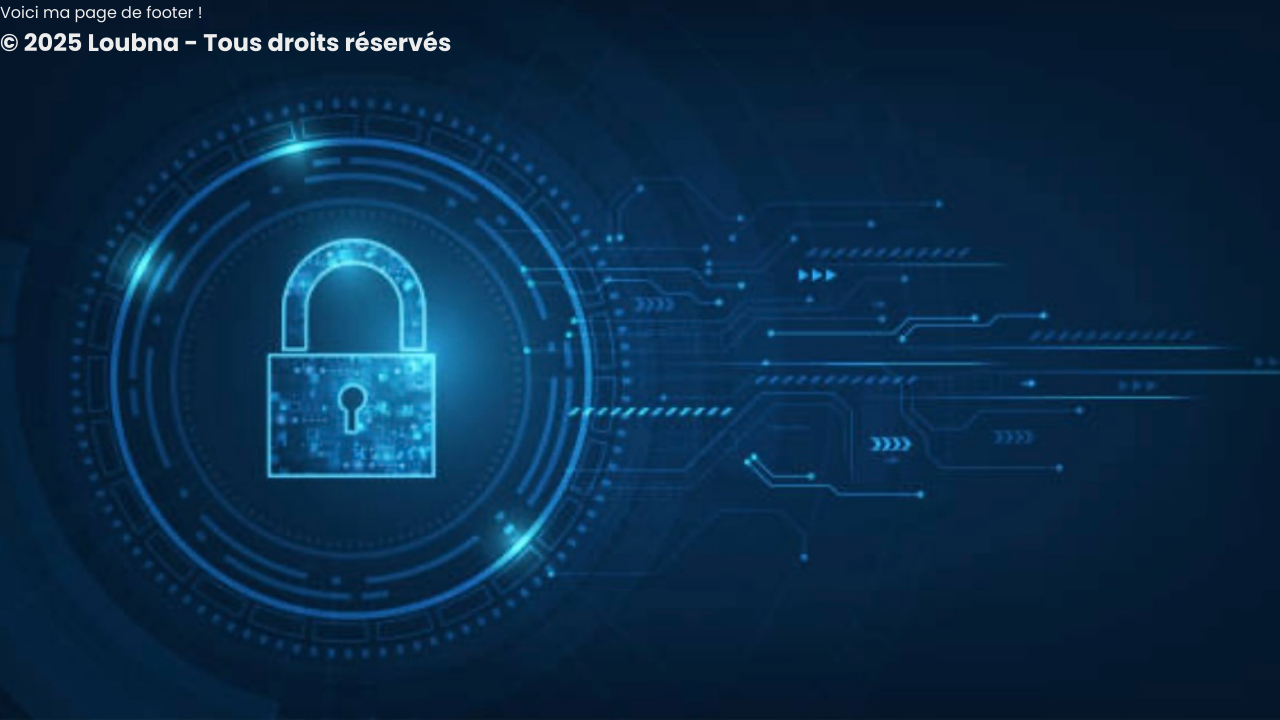
Repository: Loubna77290/Portfolio-de-Loubna
Page: footer.html
An editor plug-in stored every save of this project. The page is shown before and after the next save, followed by the edit.
The browser window is 1280 px wide. The pictures show the whole page.

Above is the page before, as saved 2025-03-10 00:02:02.

After the next save:
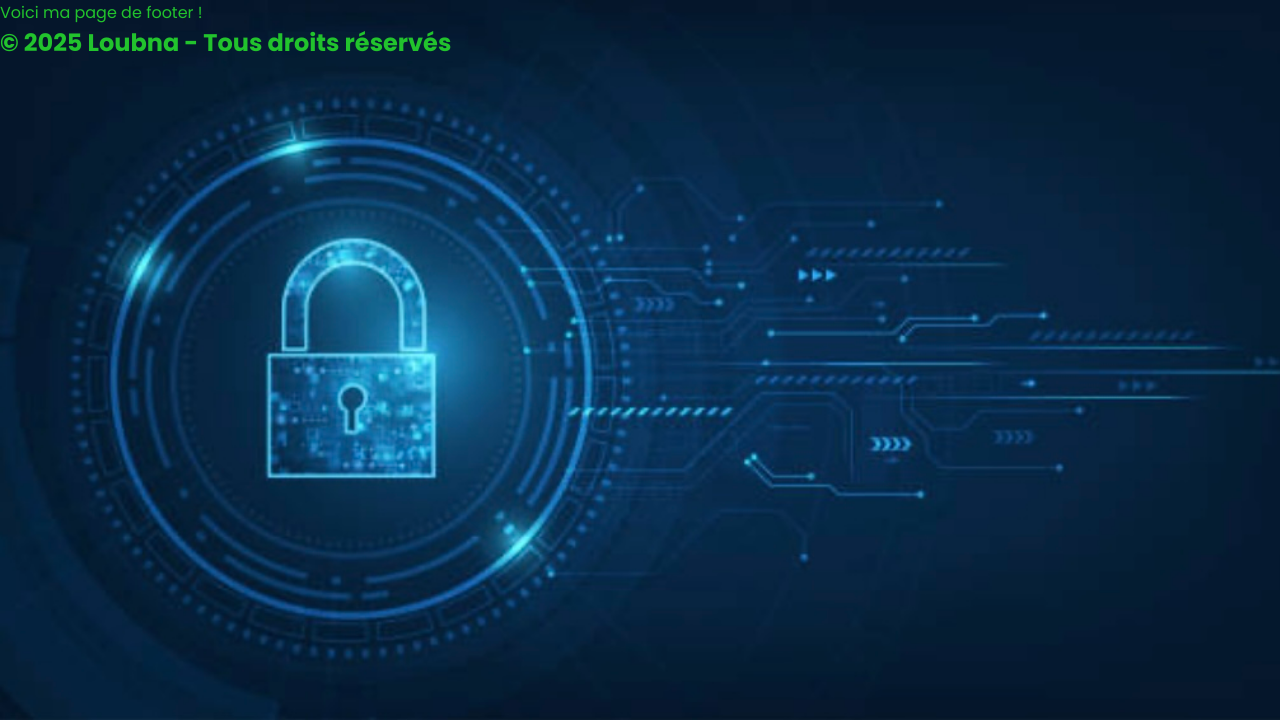
Saved 31 s later.
--- a/style.css
+++ b/style.css
@@ -275,6 +275,6 @@ body {
 }
 
 .contenu-footer {
-    color: #00abf0
-    position: absolute;
-}
+    color: #22c32d;
+    position: absolute;
+}
